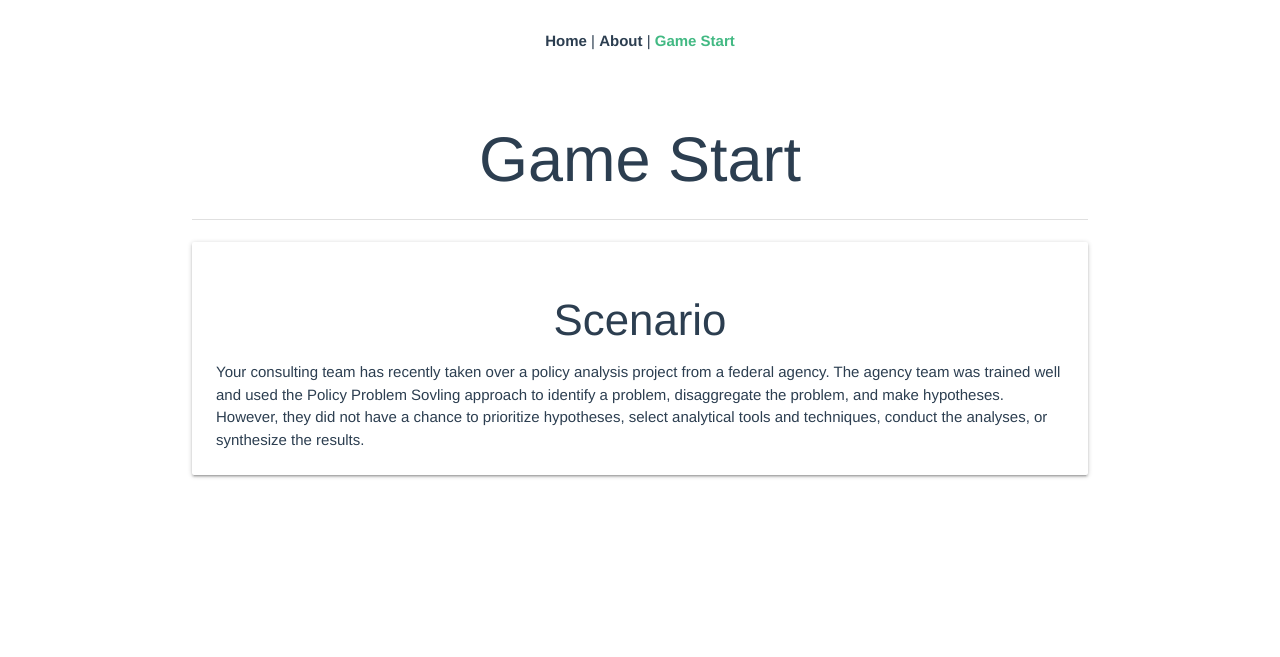
Repository: gallard28/posc4210app
Page: /#/start
An editor plug-in stored every save of this project. The page is shown before and after the next save, followed by the edit.
The browser window is 1280 px wide. The pictures show the whole page.
The project was rebuilt for these pictures with package versions that can differ from the ones it lists, and the page was loaded fresh each time. Also part of the build but not shown: src/views/Home.vue.

Above is the page before, as saved 2020-09-20 18:56:08.

### public/index.html
<!DOCTYPE html>
<html lang="en">
  <head>
    <meta charset="utf-8">
    <meta http-equiv="X-UA-Compatible" content="IE=edge">
    <meta name="viewport" content="width=device-width,initial-scale=1.0">
    <link rel="icon" href="<%= BASE_URL %>favicon.ico">
    <title><%= htmlWebpackPlugin.options.title %></title>

    <!-- Materialize CSS -->
    <!-- Compiled and minified CSS -->
    <link rel="stylesheet" href="https://cdnjs.cloudflare.com/ajax/libs/materialize/1.0.0/css/materialize.min.css">

    <!-- Compiled and minified JavaScript -->
    <script src="https://cdnjs.cloudflare.com/ajax/libs/materialize/1.0.0/js/materialize.min.js"></script>

  </head>
  <body>
    <noscript>
      <strong>We're sorry but <%= htmlWebpackPlugin.options.title %> doesn't work properly without JavaScript enabled. Please enable it to continue.</strong>
    </noscript>
    <div id="app"></div>
    <!-- built files will be auto injected -->
  </body>
</html>

### src/App.vue
<template>
  <div id="app">
    <div id="nav">
      <router-link to="/">Home</router-link> |
      <router-link to="/about">About</router-link> |
      <router-link to="/start">Game Start</router-link>
    </div>
    <router-view/>
  </div>
</template>

<style>
#app {
  font-family: Avenir, Helvetica, Arial, sans-serif;
  -webkit-font-smoothing: antialiased;
  -moz-osx-font-smoothing: grayscale;
  text-align: center;
  color: #2c3e50;
}

#nav {
  padding: 30px;
}

#nav a {
  font-weight: bold;
  color: #2c3e50;
}

#nav a.router-link-exact-active {
  color: #42b983;
}
</style>

### src/router/index.js
import Vue from 'vue'
import VueRouter from 'vue-router'
import Home from '../views/Home.vue'
import Start from '../views/Start.vue'

Vue.use(VueRouter)

const routes = [
  {
    path: '/',
    name: 'Home',
    component: Home
  },
  {
    path: '/start',
    name: 'Start',
    component: Start
  },
  {
    path: '/about',
    name: 'About',
    // route level code-splitting
    // this generates a separate chunk (about.[hash].js) for this route
    // which is lazy-loaded when the route is visited.
    component: () => import(/* webpackChunkName: "about" */ '../views/About.vue')
  }
]

const router = new VueRouter({
  routes
})

export default router

### src/views/Start.vue
<template>
  <div class="container">
    <h1>Game Start</h1>
    <div class="divider"></div>
    <div class="section">
      <div class="row">
        <div class="card">
          <div class="card-content">
            <h3>Scenario</h3>
            <p class="left-align">
              Your consulting team has recently taken over a policy analysis project from a federal agency. The agency team was trained well and used the Policy Problem Sovling approach to identify a problem, disaggregate the problem, and make hypotheses. However, they did not have a chance to prioritize hypotheses, select analytical tools and techniques, conduct the analyses, or synthesize the results.
            </p>
          </div>
        </div>
      </div>

    </div>
  </div>
</template>

<script>
export default {
  name: 'Start'

}
</script>

<style>

</style>

Loaded but not shown: src/main.js (common file)

After the next save:
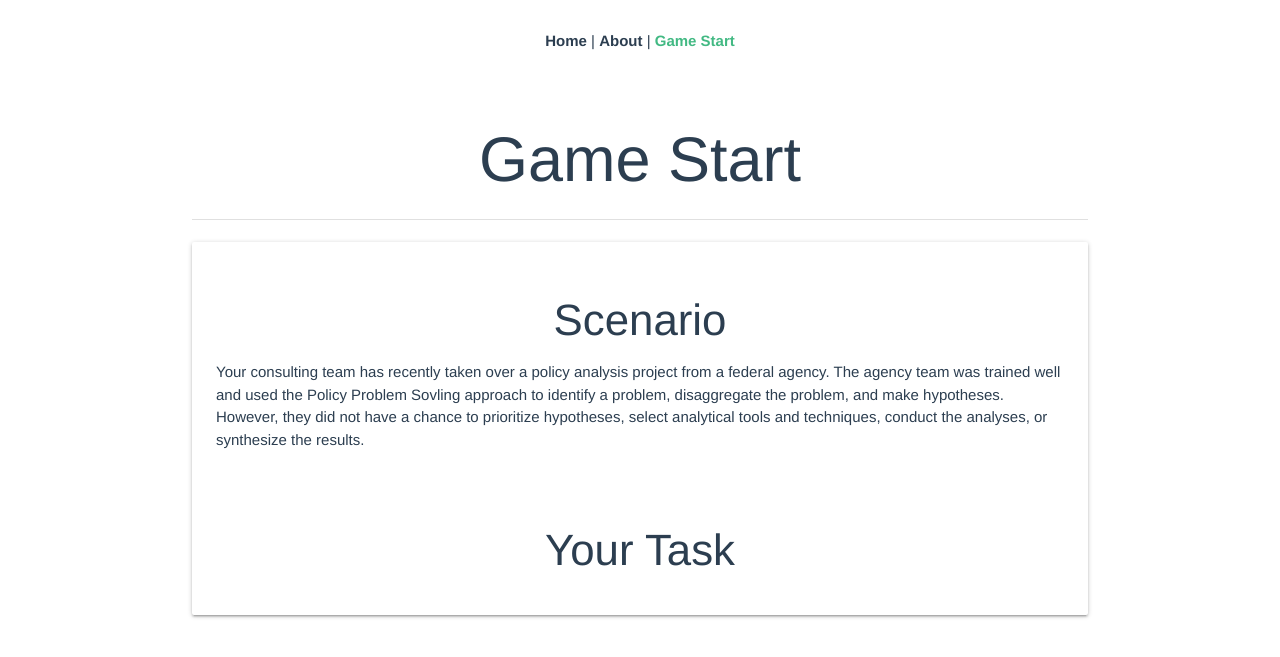
Saved 27 s later.
--- a/src/views/Start.vue
+++ b/src/views/Start.vue
@@ -9,7 +9,8 @@
             <h3>Scenario</h3>
             <p class="left-align">
               Your consulting team has recently taken over a policy analysis project from a federal agency. The agency team was trained well and used the Policy Problem Sovling approach to identify a problem, disaggregate the problem, and make hypotheses. However, they did not have a chance to prioritize hypotheses, select analytical tools and techniques, conduct the analyses, or synthesize the results.
-            </p>
+            </p> <br><br>
+            <h3>Your Task</h3>
           </div>
         </div>
       </div>
